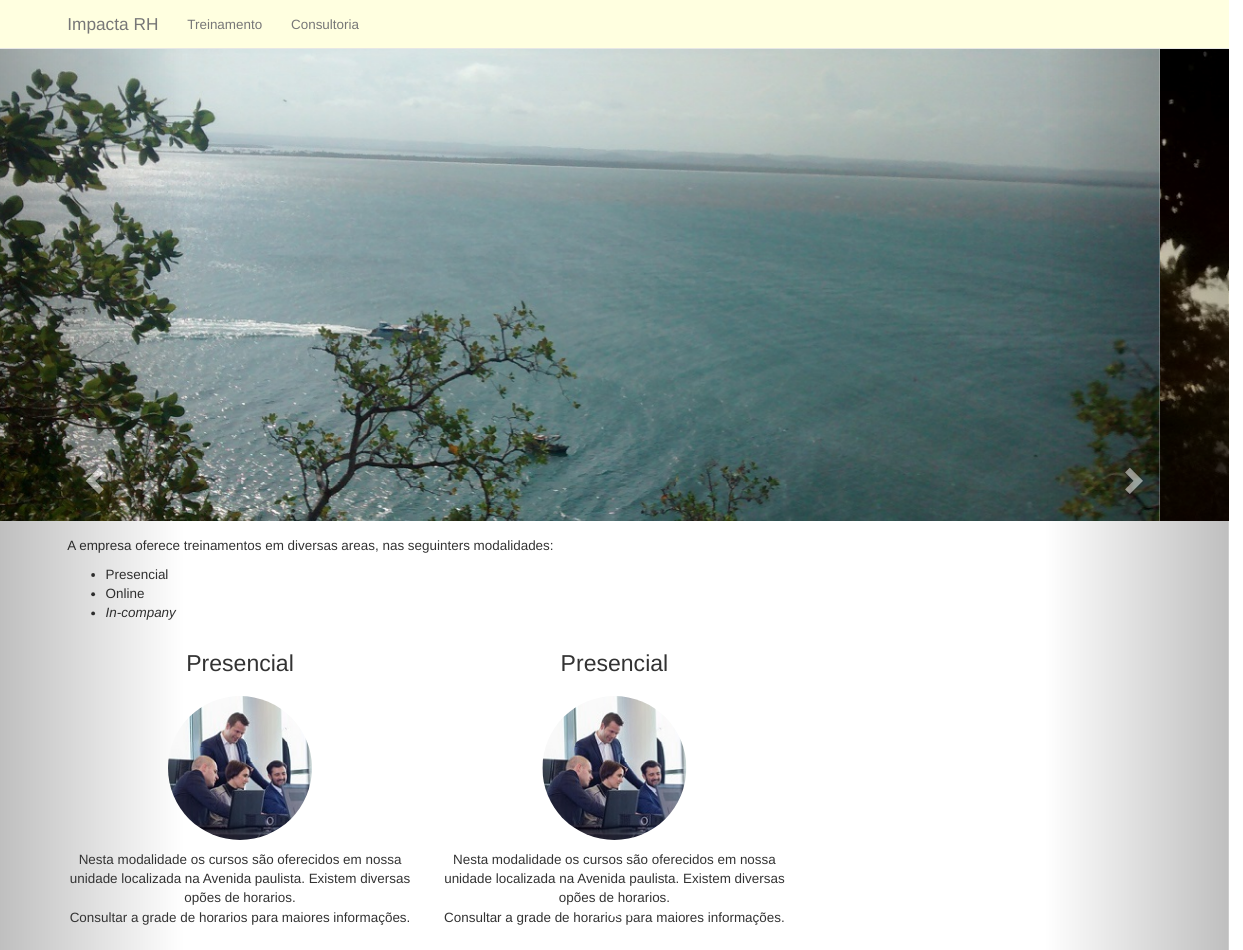
Repository: NicholasMaestrello/treinamento-impacta
Page: DesenvolvimentoJava/Modulo06/02_EmpresaRH/WebContent/produtos.html
These files come from the project's save history. The page is drawn as it stood at one moment and after the next save; the edit follows.
The browser window is 1280 px wide. The page is 1295 px wide, so the pictures cover 1295 px, including what lies to the right of the window. The pictures show the whole page, at 96% of full size.
Some web libraries are served in a nearby version.

Above is the page before, as saved 2017-10-20 17:27:17.

### DesenvolvimentoJava/Modulo06/02_EmpresaRH/WebContent/produtos.html
<!DOCTYPE html>
<html>
<head>
<meta charset=UTF-8>
<meta name="viewport" content="width=device-width, initial-scale=1.0">
<title>Apresentação dos Produtos</title>
<link rel="stylesheet"
	href="https://maxcdn.bootstrapcdn.com/bootstrap/3.3.7/css/bootstrap.min.css">
<link rel="stylesheet" href="css/produtos.css">
</head>
<body>
	<nav class="navbar navbar-default navbar-fixed-top"
		style="background-color: lightyellow;">
		<div class="container">
			<div class="navbar-header">
				<button type="button" class="navbar-toggle" data-toggle="collapse"
					data-target=".navbar-collapse">
					<span class="icon-bar"></span> <span class="icon-bar"></span> <span
						class="icon-bar"></span>
				</button>
				<a class="navbar-brand" href="#">Impacta RH</a>
			</div>

			<div class="navbar-collapse collapse">
				<ul class="nav navbar-nav">
					<li><a href="#treinamento">Treinamento</a></li>
					<li><a href="#consultoria">Consultoria</a></li>
				</ul>
			</div>
		</div>
	</nav>

	<div class="row">
		<div class="col-xs-12">
			<div id="slides" class="carousel slide" data-ride="carousel">
				<ol class="carousel-indicators">
					<li data-target="#slides" data-slide-to="0" class="active"></li>
					<li data-target="#slides" data-slide-to="1"></li>
					<li data-target="#slides" data-slide-to="2"></li>
				</ol>

				<!-- conteudo dos slides -->
				<div class="carousel-inner" role="listbox">
					<div class="item active">
						<img src="img/carousel01.jpg" />
					</div>
					<div class="item">
						<img src="img/carousel02.jpg" />
					</div>
					<div class="item">
						<img src="img/carousel03.jpg" />
					</div>
				</div>

				<a class="left carousel-control" href="#slides" role="button"
					data-slide="prev"><span
					class="glyphicon glyphicon-chevron-left" aria-hidden="true"></span>
					<span class="sr-only">Anterior</span> </a> <a
					class="right carousel-control" href="#slides" role="button"
					data-slide="next"><span
					class="glyphicon glyphicon-chevron-right" aria-hidden="true"></span>
					<span class="sr-only">Próxima</span> </a>

				<div class="container body-content clearfix">
					<section id="treinamento">
						<p>A empresa oferece treinamentos em diversas areas, nas seguinters modalidades:</p>
						<ul>
							<li>Presencial</li>
							<li>Online</li>
							<li><i>In-company</i></li>
						</ul>

						<div class="row center-image">
							<div class="col-md-4">
								<h3>Presencial</h3>
								<img src="imagens/curso-presencial.jpg" class="img-circle margin-image"/>
								<p>
									Nesta modalidade os cursos são oferecidos em nossa unidade localizada na Avenida paulista.
									Existem diversas opões de horarios. <br/>
									Consultar a grade de horarios para maiores informações.
								</p>
							</div>
							<div class="col-md-4">
								<h3>Presencial</h3>
								<img src="imagens/curso-presencial.jpg" class="img-circle margin-image"/>
								<p>
									Nesta modalidade os cursos são oferecidos em nossa unidade localizada na Avenida paulista.
									Existem diversas opões de horarios. <br/>
									Consultar a grade de horarios para maiores informações.
								</p>
							</div>
						</div>
					</section>
					<section id="consultoria"></section>
				</div>

			</div>
		</div>
	</div>

	<script type="text/javascript"
		src="https://code.jquery.com/jquery-3.2.1.min.js"></script>
	<script
		src="https://maxcdn.bootstrapcdn.com/bootstrap/3.3.7/js/bootstrap.min.js"></script>
</body>
</html>

### DesenvolvimentoJava/Modulo06/02_EmpresaRH/WebContent/css/produtos.css
.carousel-inner > .item >img{
	position: relative;
	min-width: 100%;
	min-height: 100%;
}

.body-content {
	clear: both;
	padding: 15px;
}

.center-image{
	text-align: center;
}

.margin-image{
	margin: 10px;
}

.footer{
	bottom:0;
	width: 100%;
	text-align: center;
	padding: 20px;
	background-color: #7F7F7F;
	color: white;
}

After the next save:
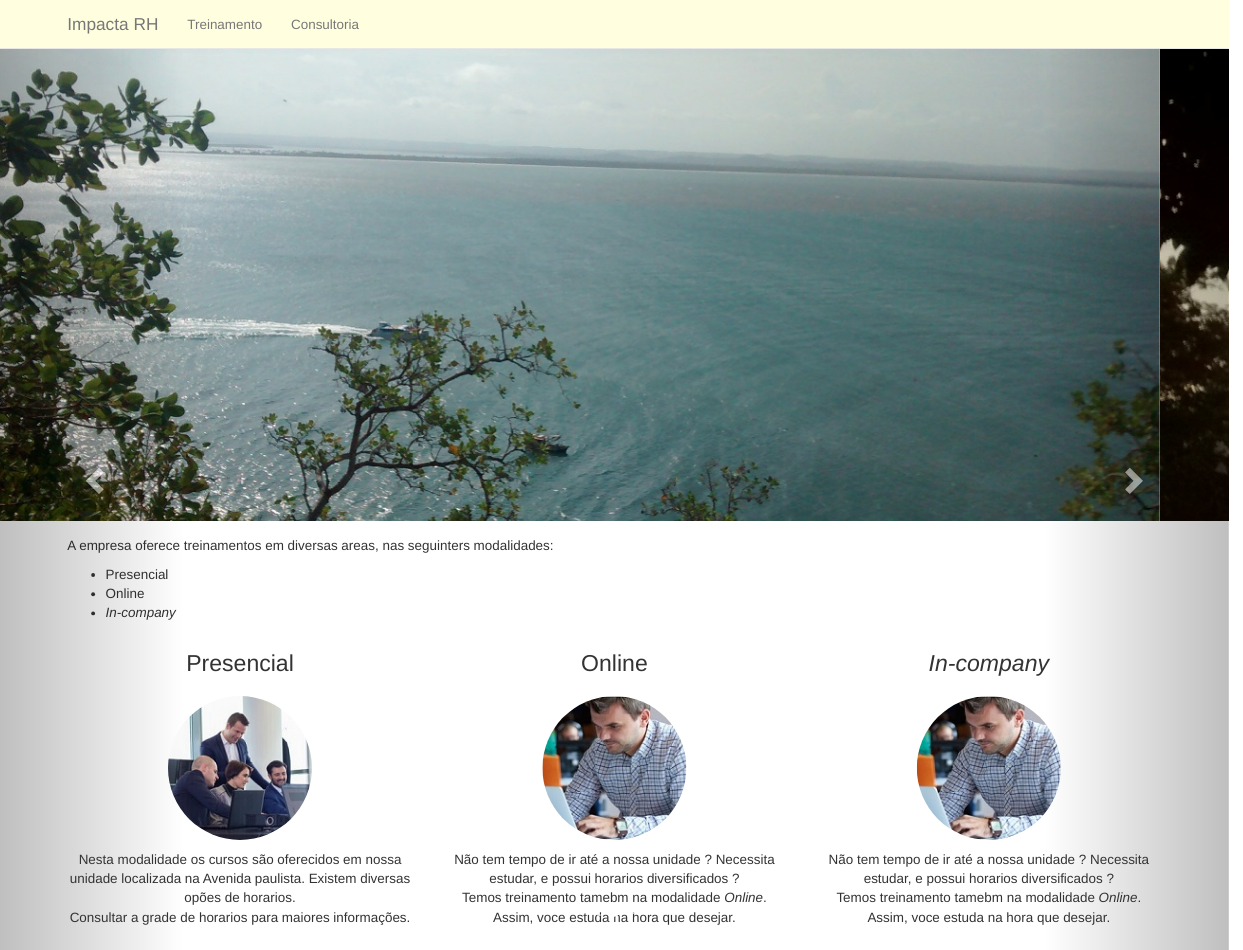
Saved 3 min 2 s later.
--- a/DesenvolvimentoJava/Modulo06/02_EmpresaRH/WebContent/produtos.html
+++ b/DesenvolvimentoJava/Modulo06/02_EmpresaRH/WebContent/produtos.html
@@ -81,12 +81,23 @@
 								</p>
 							</div>
 							<div class="col-md-4">
-								<h3>Presencial</h3>
-								<img src="imagens/curso-presencial.jpg" class="img-circle margin-image"/>
+								<h3>Online</h3>
+								<img src="imagens/curso-online.jpg" class="img-circle margin-image"/>
 								<p>
-									Nesta modalidade os cursos são oferecidos em nossa unidade localizada na Avenida paulista.
-									Existem diversas opões de horarios. <br/>
-									Consultar a grade de horarios para maiores informações.
+									Não tem tempo de ir até a nossa unidade ? Necessita estudar, e possui horarios diversificados ?
+									<br/>
+									Temos treinamento tamebm na modalidade <i>Online</i>.
+									Assim, voce estuda na hora que desejar.
+								</p>
+							</div>
+							<div class="col-md-4">
+								<h3><i>In-company</i></h3>
+								<img src="imagens/curso-online.jpg" class="img-circle margin-image"/>
+								<p>
+									Não tem tempo de ir até a nossa unidade ? Necessita estudar, e possui horarios diversificados ?
+									<br/>
+									Temos treinamento tamebm na modalidade <i>Online</i>.
+									Assim, voce estuda na hora que desejar.
 								</p>
 							</div>
 						</div>
